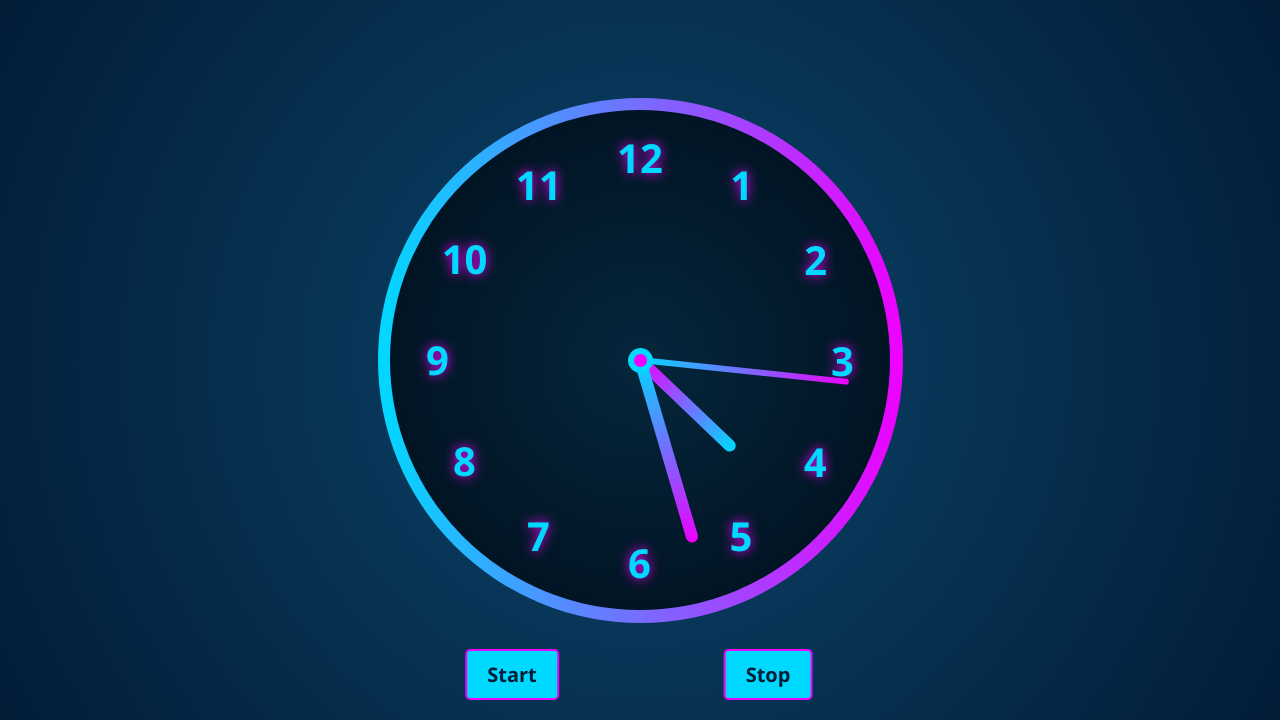
Repository: Suryansh-D/Cool-Clock
Page: index.html
These files come from the project's save history. The page is drawn as it stood at one moment and after a run of saves; the edit follows.
The browser window is 1280 px wide. The pictures show the whole page.

Above is the page before, as saved 2024-01-30 16:36:20.

After the next 3 saves:
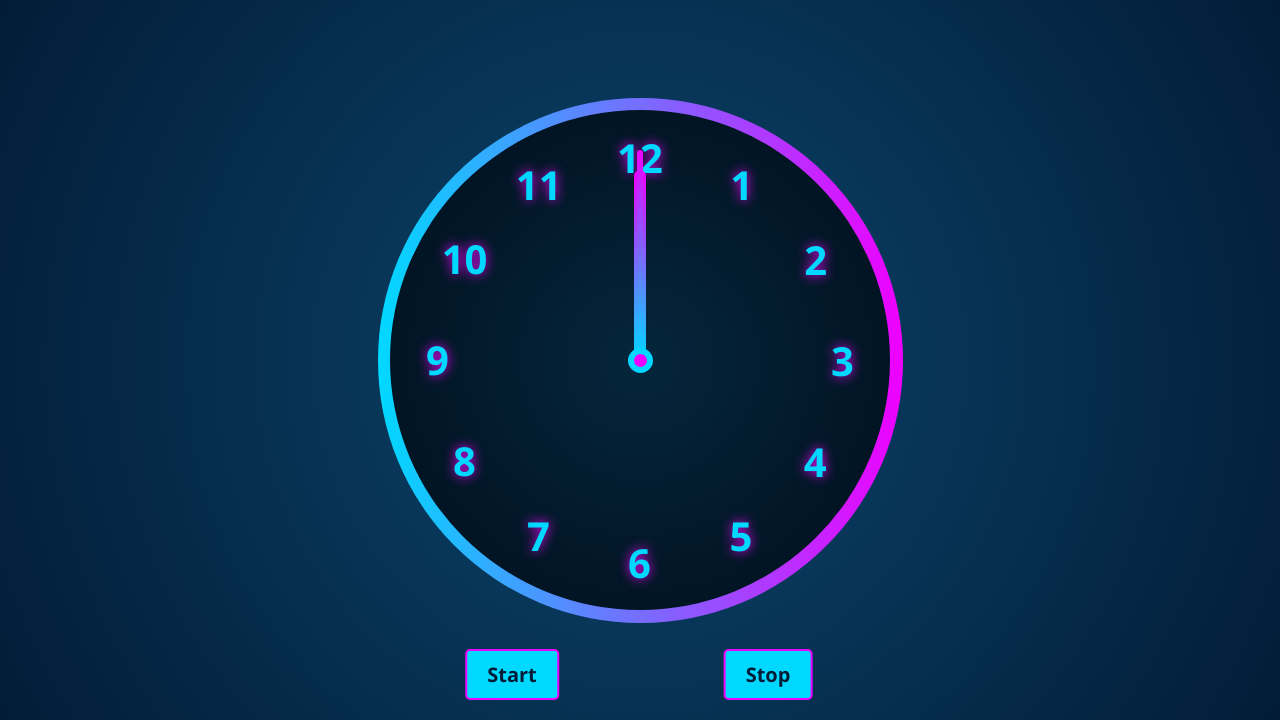
Console error: SyntaxError: Unexpected end of input
The 3 saves are shown as one change because they came seconds apart.
The last was saved 12 s later.
--- a/script.js
+++ b/script.js
@@ -6,7 +6,6 @@
 
 stopButton.addEventListener('click', () => {
 
-});
 
 startButton.addEventListener('mouseenter', () => {
     startButton.style.backgroundColor = 'lightgreen';

After the 4 saves that followed:
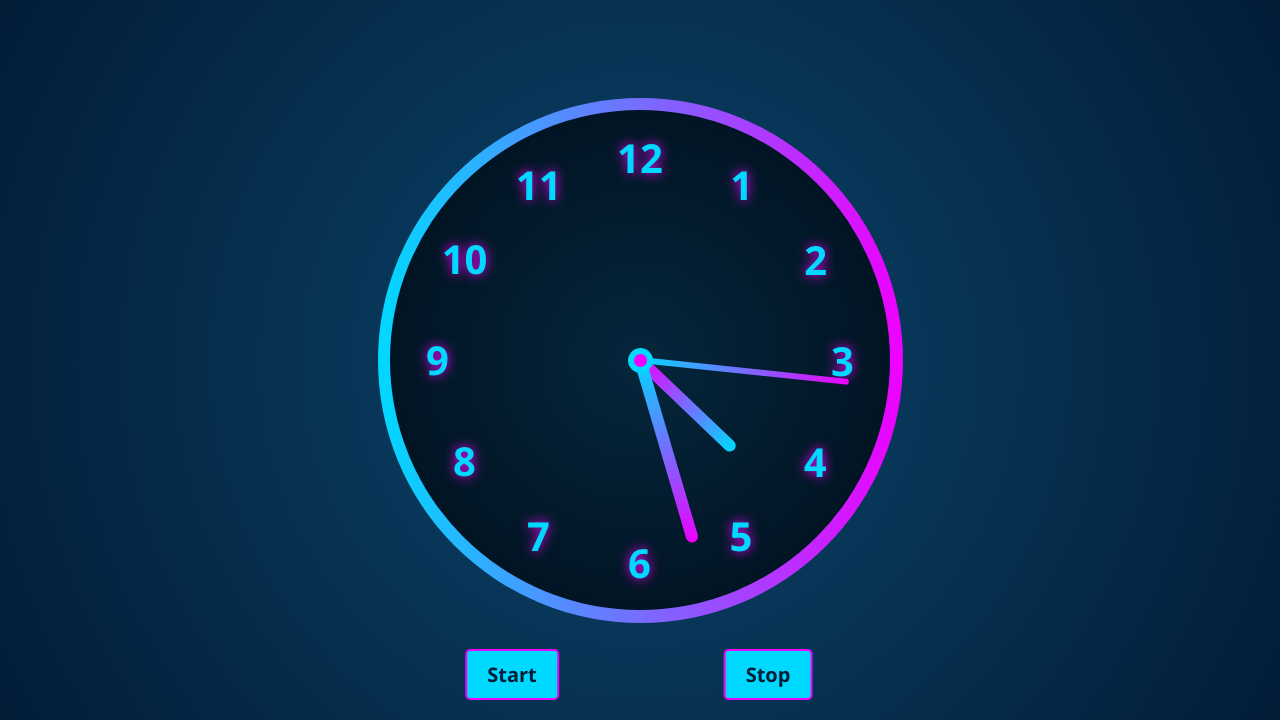
The error is gone.
The 4 saves are shown as one change because 1 left the picture as it was and some came seconds apart.
The last was saved 18 s later.
--- a/script.js
+++ b/script.js
@@ -4,7 +4,11 @@
 const startButton = document.getElementById('start-btn');
 const stopButton = document.getElementById('stop-btn');
 
-stopButton.addEventListener('click', () => {
+function stopClock(){
+    secondHand.style.animationPlayState = 'paused';
+    minsHand.style.animationPlayState = 'paused';
+    hourHand.style.animationPlayState = 'paused';
+}
 
 
 startButton.addEventListener('mouseenter', () => {
